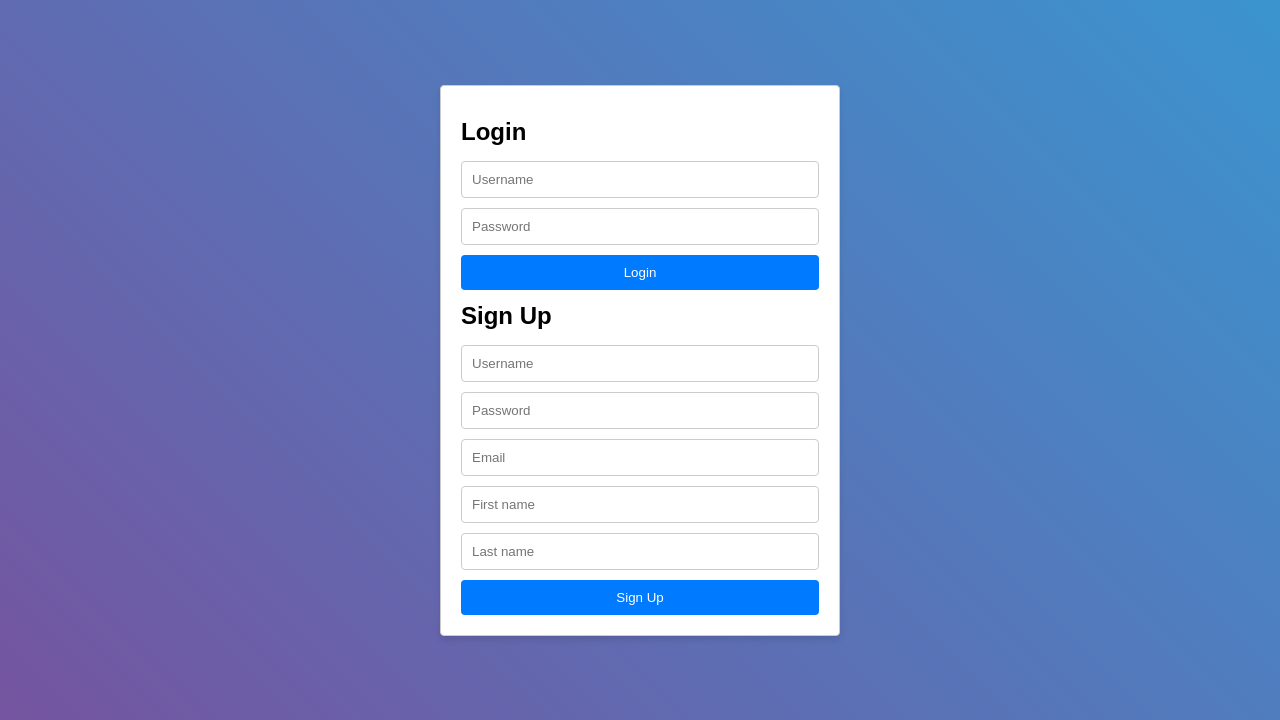
Repository: elqueben/message
Page: / (app in message-app/)
These files come from the project's save history. The page is drawn as it stood at one moment and after the next save; the edit follows.
The browser window is 1280 px wide. The pictures show the whole page.
The project was rebuilt for these pictures with package versions that can differ from the ones it lists, and the page was loaded fresh each time. Also part of the build but not shown: message-app/vite.config.js.

Above is the page before, as saved 2023-05-08 15:41:16.

### message-app/src/style.css
* {
  font-family: Arial;
  box-sizing: border-box;
}

body {
  margin: 0;
}

.login-page {
  width: 100vw;
  height: 100vh;
  display: flex;
  justify-content: center;
  align-items: center;
  background: linear-gradient(
    45deg,
    rgba(117, 84, 160, 1),
    rgba(59, 148, 207, 1),
    rgba(12, 148, 207, 1)
  );
  background-size: 200% 200%;
  animation: flowBackground 5s ease-in-out infinite;
}

@keyframes flowBackground {
  0% {
    background-position: bottom left;
  }
  50% {
    background-position: top right;
  }
  100% {
    background-position: bottom left;
  }
}


.card {
  width: 400px;
  padding: 20px;
  border: 1px solid #ccc;
  border-radius: 4px;
  background-color: #fff;
  box-shadow: 0 4px 6px rgba(0, 0, 0, 0.1);
}

.title {
  font-size: 24px;
  font-weight: bold;
  margin-top: 0.75rem;
  margin-bottom: 15px;
}

input {
  width: 100%;
  padding: 10px;
  margin-bottom: 10px;
  border: 1px solid #ccc;
  border-radius: 4px;
  transition: border-color 0.2s ease-in-out;
}

input:focus {
  outline: none;
  border-color: #007bff;
}

button {
  width: 100%;
  padding: 10px;
  background-color: #007bff;
  color: #fff;
  border: none;
  border-radius: 4px;
  cursor: pointer;
  transition: background-color 0.2s ease-in-out;
}

button:hover {
  background-color: #0056b3;
}

### message-app/src/App.vue
<script setup>
import AuthPage from "./AuthPage/index.vue";
//import ChatsPage from "./ChatsPage/index.vue";
</script>

<template>
  <AuthPage v-if="!user" @onAuth="handleAuth" />
  <ChatsPage
    v-else
    v-bind:username="user.username"
    v-bind:secret="user.secret"
  />
</template>

<script>
export default {
  data() {
    return {
      user: undefined,
    };
  },
  methods: {
    handleAuth(user) {
      this.user = user;
    },
  },
};
</script>

### message-app/src/AuthPage/index.vue
<template>
    <div class="login-page">
      <div class="card">
        <form @submit.prevent="login">
          <div class="title">Login</div>
          <input placeholder="Username" type="text" v-model="username" />
          <input placeholder="Password" type="password" v-model="password" />
          <button type="submit">Login</button>
        </form>

        <form @submit.prevent="signup">
          <div class="title">Sign Up</div>
          <input
            class="input"
            placeholder="Username"
            type="text"
            v-model="username"
          />
          <input placeholder="Password" type="password" v-model="password" />
          <input placeholder="Email" type="text" v-model="email" />
          <input placeholder="First name" type="text" v-model="first_name" />
          <input placeholder="Last name" type="text" v-model="last_name" />
          <button type="submit">Sign Up</button>
        </form>
      </div>
    </div>
  </template>

  <script>
  // import { loginRest, signupRest } from "./api";

  export default {
    data() {
      return {
        username: "",
        password: "",
        email: "",
        first_name: "",
        last_name: "",
      };
    },
    methods: {
      login() {
        // loginRest(this.username, this.password)
        //   .then((response) =>
        //     this.$emit("onAuth", { ...response.data, secret: this.password })
        //   )
        //   .catch((error) => console.log("Login error", error));
      },
      signup() {
        // signupRest(
        //   this.username,
        //   this.password,
        //   this.email,
        //   this.first_name,
        //   this.last_name
        // )
        //   .then((response) =>
        //     this.$emit("onAuth", { ...response.data, secret: this.password })
        //   )
        //   .catch((error) => console.log("Sign up error", error));
      },
    },
  };
  </script>

Loaded but not shown: message-app/index.html (common file); message-app/src/main.js (common file)

After the next save:
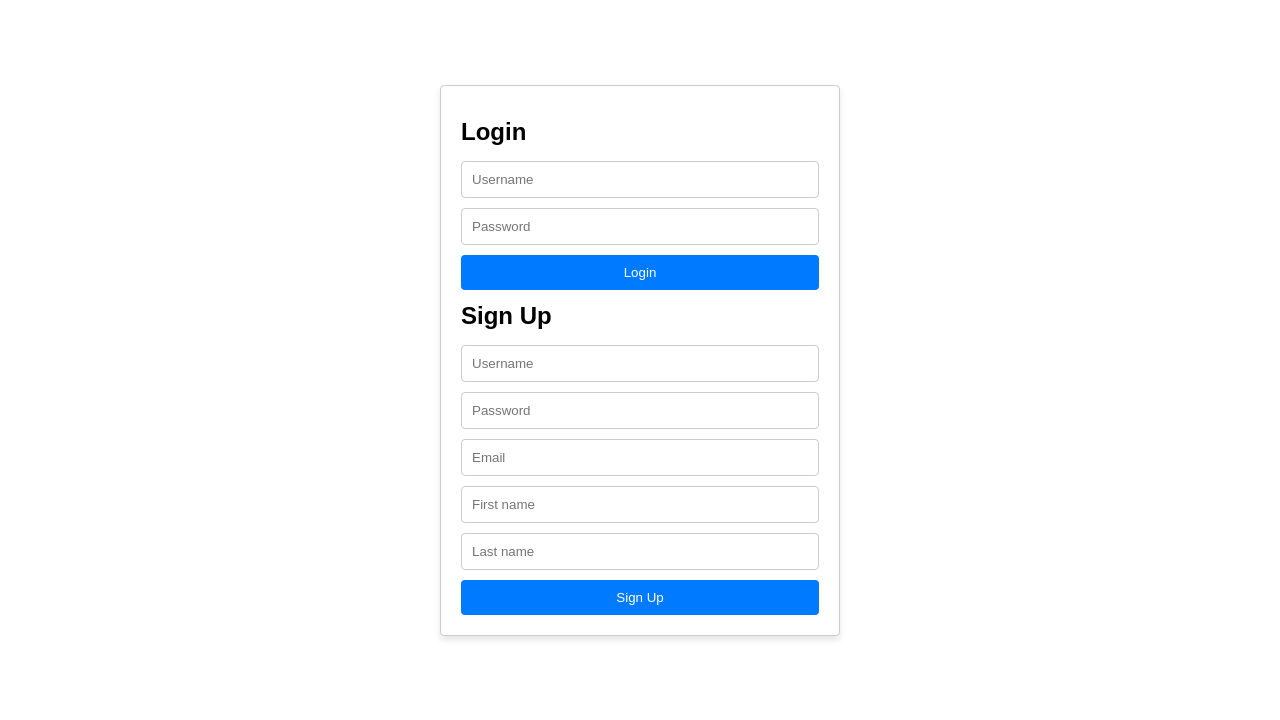
Saved 5 s later.
--- a/message-app/src/style.css
+++ b/message-app/src/style.css
@@ -16,7 +16,7 @@ body {
   background: linear-gradient(
     45deg,
     rgba(117, 84, 160, 1),
-    rgba(59, 148, 207, 1),
+    rgba(, 148, 207, 1),
     rgba(12, 148, 207, 1)
   );
   background-size: 200% 200%;
